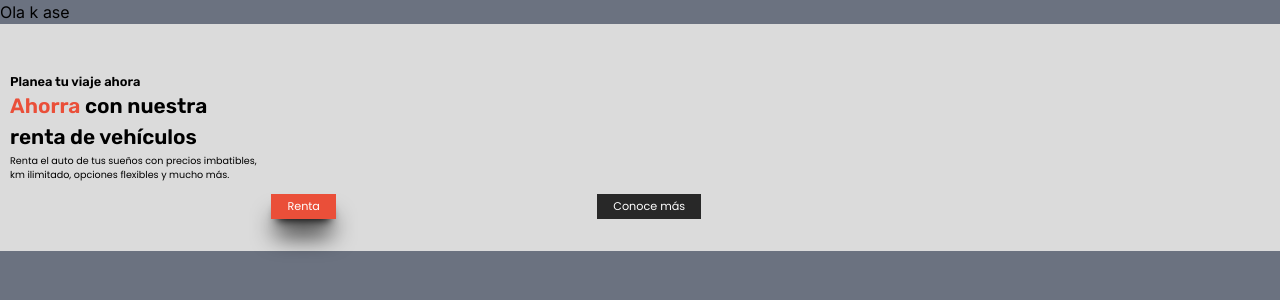
Repository: aldovelacasas/PF_RentCar2
Page: /homePage
The author's editor kept a copy of each file at every save. The page is drawn from the files as they stood at one save, then again after the next save.
The browser window is 1280 px wide. The pictures show the whole page.
The project was rebuilt for these pictures with package versions that can differ from the ones it lists, and the page was loaded fresh each time. The framework's server and built-in components were replaced by stand-ins that run in the browser. Also part of the build but not shown: next.config.js.

Above is the page before, as saved 2023-08-29 19:21:06.

### src/app/layout.jsx
import "./globals.css";
import { Inter } from "next/font/google";

const inter = Inter({ subsets: ["latin"] });

export const metadata = {
  title: "Create Next App",
  description: "Generated by create next app",
};

export default function RootLayout({ children }) {
  return (
    <html lang="en">
      <body className={inter.className}>
        <h1>Ola k ase</h1>
        <div className="h-[calc(100vh-5rem)]">{children}</div>
      </body>
    </html>
  );
}

### src/app/homePage/page.jsx
import { Rubik, Poppins } from "next/font/google";

const fontRubik = Rubik({
  weight: "600",
  subsets: ["latin"],
});

const fontPoppins = Poppins({
  weight: "400",
  subsets: ["latin"],
});
const poppins = fontPoppins.className;
const rubik = fontRubik.className;

function HomePage() {
  return (
    <div className={`bg-gris_fondo ${rubik} space-y-0 space-x-2.5`}>
      <p className={`pt-12 ml-2.5 text-[0.8em]`}>Planea tu viaje ahora</p>
      <p className="text-[1.3em] mb-0 pb-0">
        <span className="text-naranja_enf mb-0 pb-0">Ahorra </span>
        con nuestra
      </p>
      <p className="text-[1.3em] mt-0 pt-0">renta de vehículos</p>
      <div>
        <p className={`${poppins} text-[0.6em]`}>
          Renta el auto de tus sueños con precios imbatibles,
        </p>
        <p className={`${poppins} text-[0.6em]`}>
          km ilimitado, opciones flexibles y mucho más.
        </p>
        <div className="flex place-content-evenly w-3/4 mt-3 pb-8">
          <a
            href="#form"
            className={`bg-naranja_enf text-white text-[0.7em] px-4 py-1 ${poppins} shadow-xl shadow-black`}>
            Renta
          </a>
          <a
            href="#form"
            className={`bg-negro_fondo text-white text-[0.7em] px-4 py-1 ${poppins}`}>
            Conoce más
          </a>
        </div>
      </div>
    </div>
  );
}

export default HomePage;

### src/app/api/products/[id]/route.js
import { NextResponse } from "next/server";
import {conn} from "@/libs/mysql"

export async function GET(request,{params}){
  try {
    const result = await conn.query("SELECT * FROM product WHERE id = ?", [params.id])
    if(result.length === 0 ){
        return NextResponse.json(
         {
            message: "producto no encontrado",
         },
         {
            status:404,
         }
        );
    }
    return NextResponse.json(result[0])
  } catch (error) {
    return NextResponse.json(
        {
            message:error.message,
        },
        {status: 500}
    )
  }
}

export async function DELETE (request,{params} ){
    try {
     const result = await conn.query("DELETE FROM product WHERE id = ?", [params.id]);
     if(result.affectedRows === 0){
         return NextResponse.json({message:"Producto no encontrado"},{status:404})
     }

     return new Response (null, {status: 204})
 } catch (error) {
     return NextResponse.json({message:error.message},{status:500})
 }
    }

export async  function PUT(request, {params}){
   try {
    const data = await request.json()
    const result = await conn.query("UPDATE product SET ? WHERE id = ?", [data , params.id])

    if (result.affectedRows === 0) {
        return NextResponse.json(
        {
            message: "producto no encontrado",
        },
        {
            status: 400,
        }
        )
    }
     const updateProduct = await conn.query("SELECT * FROM product WHERE id = ?", [params.id])

  return NextResponse.json(updateProduct[0])

   } catch (error) {
    return NextResponse.json(
        {
            message: error.message,
        },
        { status: 500}
    )
   }
}

### src/app/api/products/route.js
import { NextResponse } from "next/server";
import {conn} from "@/libs/mysql";

export async function GET(){
    try {
        const results = await conn.query("SELECT * FROM product");
        return NextResponse.json(results)

    } catch (error) {
        return NextResponse.json(
        {
          message: error.message,
        },
        {
            status:500,
        }

        );
    }
}

    export async function POST (request) {
  try {
    const {name, price, year, model, capacity, type, description, image, transmission,  }= await request.json();

    const result  = await conn.query("INSERT INTO product SET ?", {
        name,
        price,
        year,
        model,
        capacity,
        type,
        transmission,
        image,
        description

    })

    return NextResponse.json({
        name,
        price,
        year,
        model,
        capacity,
        type,
        transmission,
        image,
        description,
        id: result.insertId,

    })

  } catch (error) {
    console.log(error);
    return NextResponse.json(
    {
        message: error.message,
    },
    {
        status:500,
    }
    );
  }

}

### src/app/globals.css
@tailwind base;
@tailwind components;
@tailwind utilities;

body {
   @apply bg-gray-500; /* Fondo más claro */
   color: gray-800; /* Texto oscuro */
}

### tailwind.config.js
/** @type {import('tailwindcss').Config} */
module.exports = {
  content: [
    "./src/pages/**/*.{js,ts,jsx,tsx,mdx}",
    "./src/components/**/*.{js,ts,jsx,tsx,mdx}",
    "./src/app/**/*.{js,ts,jsx,tsx,mdx}",
  ],
  theme: {
    extend: {
      backgroundImage: {
        "gradient-radial": "radial-gradient(var(--tw-gradient-stops))",
        "gradient-conic":
          "conic-gradient(from 180deg at 50% 50%, var(--tw-gradient-stops))",
      },
      colors: {
        gris_fondo: "#dbdbdb",
        gris_frente: "#e9e9e9",
        negro_fondo: "#282828",
        naranja_enf: "#ea4f39",
        rojo_status: "#e30613",
        verde_status: "#4aaf4d",
        amarillo_status: "#f0e400",
      },
    },
  },
  plugins: [],
};

Loaded but not shown: src/app/api/bookings/[id]/route.js (no copy from this time; the picture is the same without it); src/app/api/bookings/route.js (no copy from this time; the picture is the same without it); src/app/api/create-payment-intent/route.js (no copy from this time; the picture is the same without it); src/app/api/post/[id]/route.js (no copy from this time; the picture is the same without it); src/app/api/post/route.js (no copy from this time; the picture is the same without it); src/app/api/users/[id]/route.js (no copy from this time; the picture is the same without it); src/app/api/users/route.js (no copy from this time; the picture is the same without it)

After the next save:
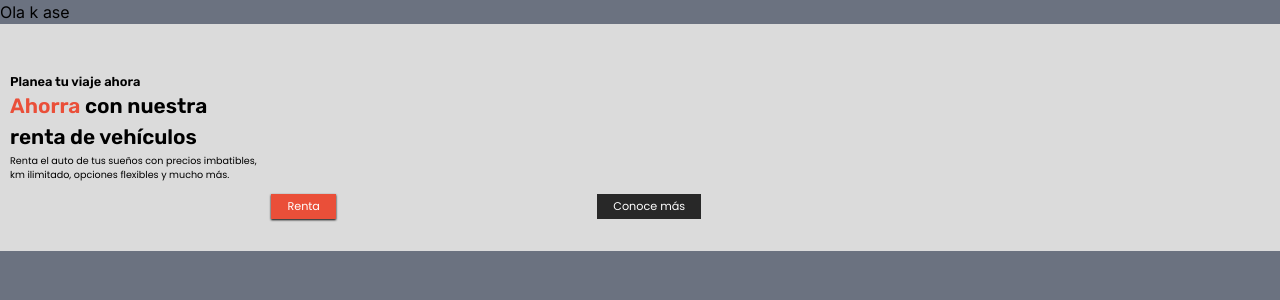
Saved 13 s later.
--- a/src/app/homePage/page.jsx
+++ b/src/app/homePage/page.jsx
@@ -31,7 +31,7 @@ function HomePage() {
         <div className="flex place-content-evenly w-3/4 mt-3 pb-8">
           <a
             href="#form"
-            className={`bg-naranja_enf text-white text-[0.7em] px-4 py-1 ${poppins} shadow-xl shadow-black`}>
+            className={`bg-naranja_enf text-white text-[0.7em] px-4 py-1 ${poppins} shadow-sm shadow-black`}>
             Renta
           </a>
           <a
